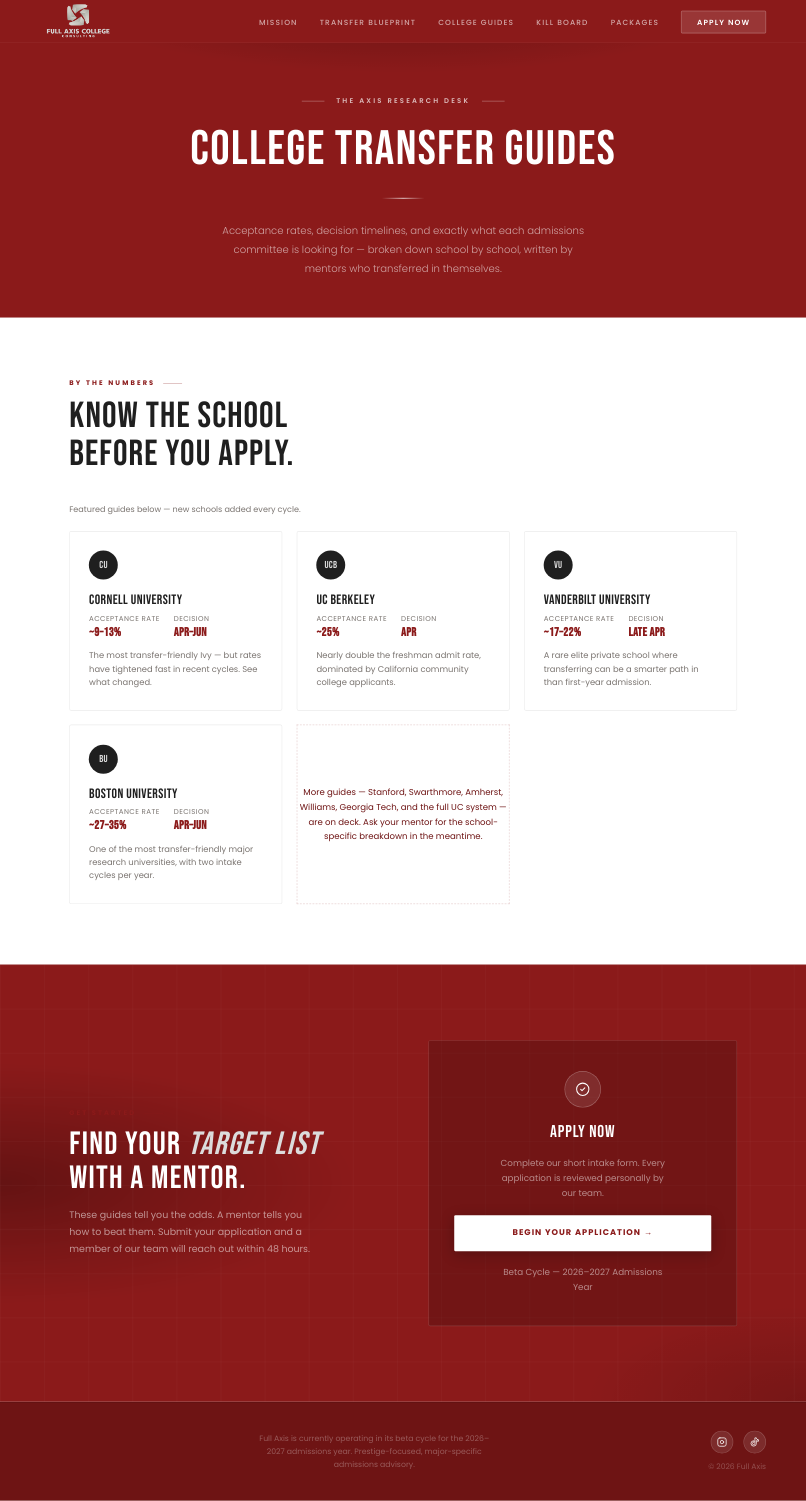
Repository: epeguero8311/cesar
Page: college-guides/index.html
An editor plug-in stored every save of this project. The page is shown before and after the next save, followed by the edit.
The browser window is 1280 px wide. The pictures show the whole page, at 63% of full size.

Above is the page before, as saved 2026-07-09 17:39:59.

After the next save:
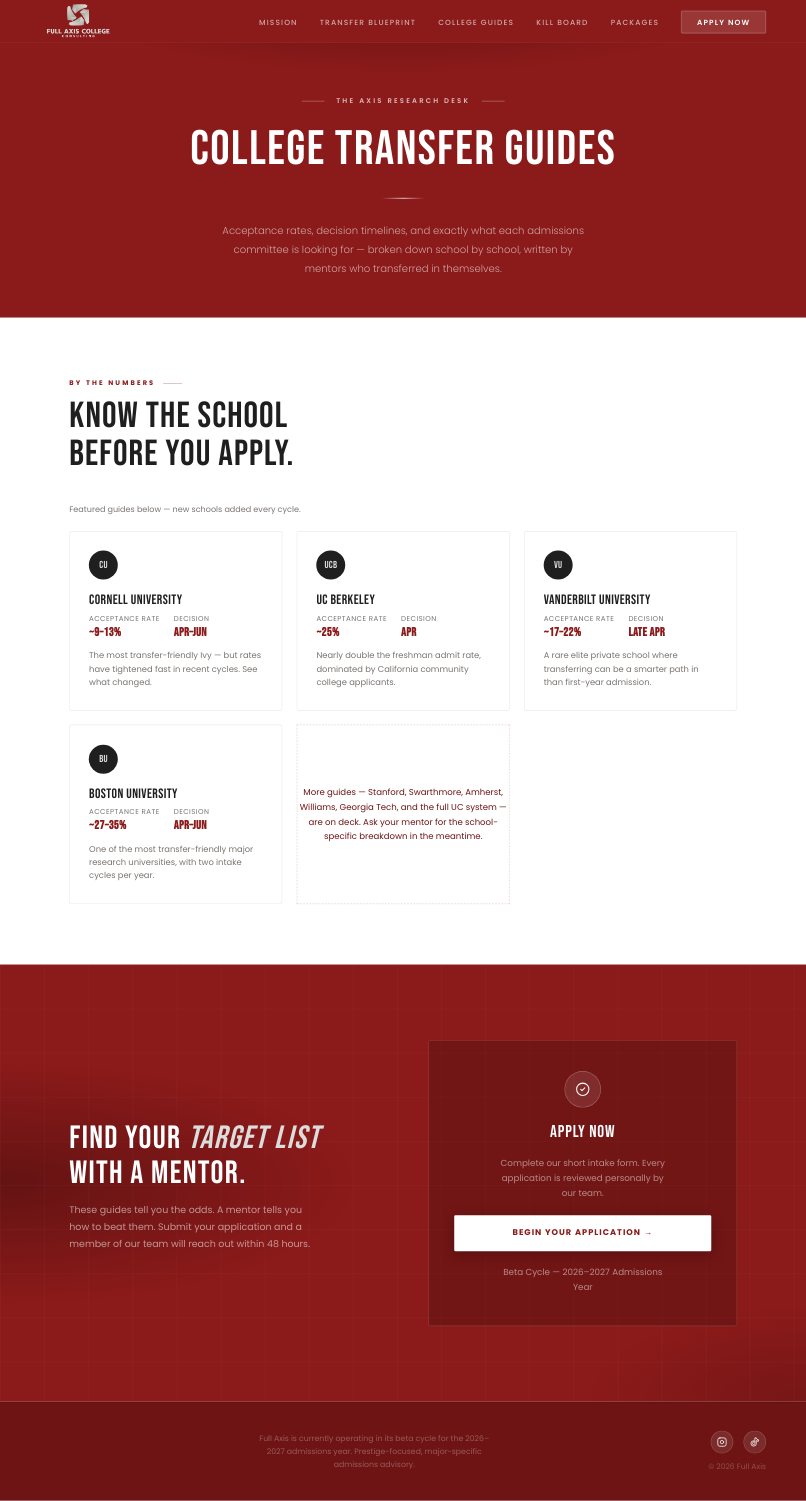
Saved 39 s later.
--- a/college-guides/index.html
+++ b/college-guides/index.html
@@ -101,7 +101,6 @@
   <div class="section-inner">
     <div class="apply-grid reveal">
       <div>
-        <div class="section-label">Get Started</div>
         <h2 class="apply-title">Find your <em>target list</em><br />with a mentor.</h2>
         <p class="apply-sub">These guides tell you the odds. A mentor tells you how to beat them. Submit your application and a member of our team will reach out within 48 hours.</p>
       </div>
